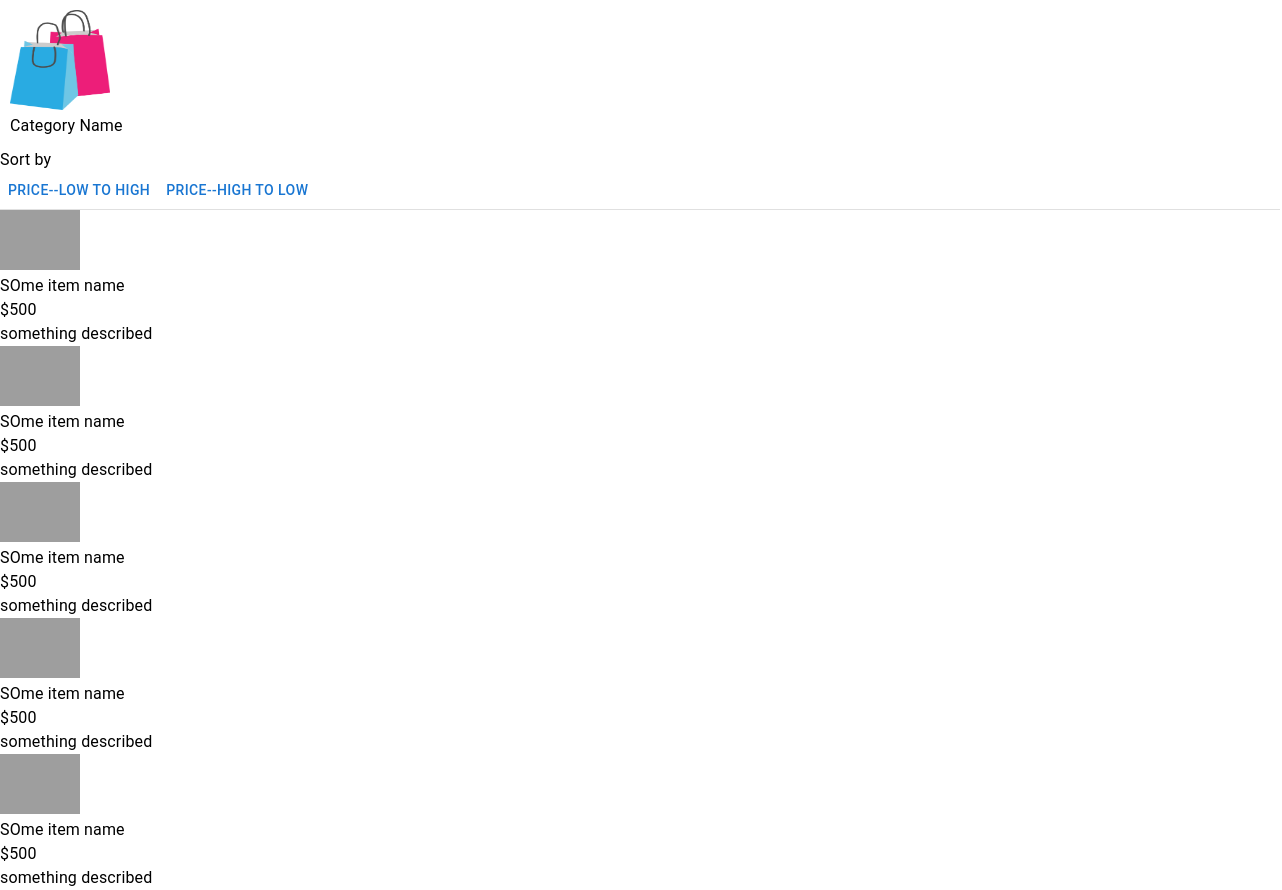
Repository: robin-fareye/reactjs-frontend-flipzone
Page: /
The author's editor kept a copy of each file at every save. The page is drawn from the files as they stood at one save, then again after the next save.
The browser window is 1280 px wide. The page is 1280 px wide, then 1282 px, so the pictures cover 1282 px, including what lies to the right of the window. The pictures show the whole page.
Pictures or frames that could not be fetched are drawn as grey boxes. The project was rebuilt for these pictures with package versions that can differ from the ones it lists, and the page was loaded fresh each time. Also part of the build but not shown: src/App.css, src/component/auth/Login.css, src/api/Login.js, src/component/auth/Login.js, src/component/category/Category.js, src/component/header/Header.css, src/component/header/Header.js, src/component/helper/Slide.css and 7 more.

Above is the page before, as saved 2022-11-14 19:27:38.

### src/App.js
import React from 'react';
import './App.css';
import Login from './component/auth/Login';
import Category from './component/category/Category';
import Header from './component/header/Header';
import Home from './component/home/Home';
import Cart from './component/Cart/Cart';
import ProductCatalouge from './component/ProductCatalogue/ProductCatalouge';
import ProductDetails from './component/ProductDetails/ProductDetails';
import CheckoutPage from './component/Checkout/CheckoutPage';
import RetailerAddProduct from './component/retailer/RetailerAddProduct';
function App() {
  return (
    <div>

      <ProductCatalouge/>

    </div>
  );
}

export default App;

### src/component/ProductCatalogue/ProductCatalouge.js
import { Box, Typography, Grid, Button, Divider } from '@mui/material'
import React, { useState, useEffect } from 'react'

const ProductCatalouge = () => {

    const [sort, setSort] = useState("asc");

    const getCardItem=(item)=>{
        return (
        <Box className='card-container'>
            <img
            style={{height:"60px"}}
            className='image-item-catalouge'
            src='https://rukminim1.flixcart.com/image/416/416/kcgk1ow0/headphone/n/u/a/235v2-fast-charging-boat-original-imaftk6us4af7bca.jpeg?q=70'
            alt='image'
            />
            <Typography>{item.name}</Typography>
            <Typography>{item.price}</Typography>
            <Typography>{item.description}</Typography>
        </Box>
        )
    }
    const catagories=["cat1","cat2","cat3","cat4"]
    const items=[
        {
            name:"SOme item name",
            price:"$500",
            description:"something described"
        },
        {
            name:"SOme item name",
            price:"$500",
            description:"something described"
        },
        {
            name:"SOme item name",
            price:"$500",
            description:"something described"
        },
        {
            name:"SOme item name",
            price:"$500",
            description:"something described"
        },
        {
            name:"SOme item name",
            price:"$500",
            description:"something described"
        },
    ]

    return (
        <Box className='catagory-container'>
            <Box className='container-header'>
                <img
                    src={require('../../assets/logo.png')}
                    alt="category"
                    className="cat-image"
                    />
                <Typography>Category Name</Typography>
            </Box>
            <Box className='container-body'>
                <Grid item lg={10}>
                    <Box className='sort'>
                        <Typography>Sort by</Typography>
                        {/* <Button onClick={() => setSort("popular")}>Popularity</Button> */}
                        <Button onClick={() => setSort("asc")}>Price--low to high</Button>
                        <Button onClick={() => setSort("desc")}>Price--high to low</Button>
                    </Box>
                    <Divider />
                    <Box className="inner-body">
                        {
                            items.sort((a, b) => sort === "asc" ? a.price - b.price : b.price - a.price)
                            .map((items) => {
                                return (
                                    getCardItem(items)
                                )
                            })
                        }
                    </Box>
                </Grid>
            </Box>
        </Box>
    )
}

export default ProductCatalouge

 {/* {
            items?.map((item)=>{
                return getCardItem(item)
            })
        } */}

### src/component/category/Category.css
.cat-component {
    /* background-color: #CFF5E7; */
    justify-content: 'space-between';
    margin: '55px 130px 0 130px';
    overflow-x: 'overlay';
    display: flex;
    flex-direction: row;
    padding:0, 50px;
    /* [theme.breakpoints.down('md')]: {
        margin: 0;
    } */
}

.cat-container {
    flex: 1;
    padding: '12px 8px';
    text-align: 'center';
    align-items: center;
    display: flex;
    flex-direction: column;
}

.cat-image {
    width: 100px;
    height: 100px;
}

.cat-text {
    font-size: 14;
    font-weight: 600;
    font-family: 'inherit';
    text-align: center;
}

### src/component/Cart/Cart.css
body{
    padding: 10px 70px;
}
.main-container{
    display: flex;
    height: 100vh;
}
.item-list{
    width: 65%;
}
.order-details{
    width: 35%;
}
.order-list-header{
    height: 60px;
    border: 1px solid rgb(172, 171, 171);

}
.item-count{
    font-weight: 800 !important;
    font-size: 22px !important;
    margin: 12px !important;
}
.card-list-container{
    margin-top: 10px;
    display: flex;
    height: 200px;
    border: 1px solid rgb(172, 171, 171);
    /* border-top: 0px; */
}
.image-and-count{
    width: 25%;
    display: flex;
    justify-content: center;
}
.description{
    padding: 10px;
    width: 75%;
}
.action-button-container{
    display: flex;
    align-items: center;
}
.counter{
    display: flex;
    height: 30px;
    width: 90px;
    border: 1px solid rgb(161, 159, 159);
    border-radius: 5px;
}
.add-box{
    width: 30px;
    display: flex;
    justify-content: center;
    align-items: center;
}
.remove-box{
    width: 30px;
    display: flex;
    justify-content: center;
    align-items: center;
}
.count-box{
    width: 30px;
    border-right:1px solid rgb(161, 159, 159);
    border-left:1px solid rgb(161, 159, 159);
    display: flex;
    justify-content: center;
    align-items: center;
}
.summery-card{
    border: 1px solid rgb(172, 171, 171);
    margin-left: 20px;

}
.summery-header{
    border-bottom: 1px solid rgb(172, 171, 171);
    height: 60px;
    display: flex;
    padding-left: 10px;
    align-items: center;
}
.summery-content{
    padding:12px;
}
.table-structure{
    margin-bottom: 20px;
    display: flex;
    justify-content: space-between;
}

### src/component/Checkout/CheckoutPage.css
body {
    padding: 0px;
    margin: 0px;
}

.checkout-container {
    display: flex;

}

.address-container {
    width: 50%;
    height: 60px;
    padding: 20px;
}

.payment-details {
    padding: 20px;
    width: 50%;
}

.address-table {
    border: 1px solid rgba(139, 138, 138, 0.664);
    padding: 20px;
    display: flex;
    flex-direction: column;
}

.checkout-fields {
    margin: 10px !important;
}

.payment-table {
    border: 1px solid rgba(139, 138, 138, 0.664);
    padding: 20px;
    display: flex;
    flex-direction: column;
    justify-content: center;
}

.order-button {

    width: 30%;
    margin-top: 20px !important;
    margin-left: 11px !important;
}

### src/component/retailer/RetailerAddProduct.css
.main-container{
    display: flex;
    flex-direction: column;
    align-items: center;
    justify-content: center;
}
.container-header{
    margin-bottom: 20px !important;
    margin: 10px !important;
}
.text-field{
    margin: 10px !important;
}
.add-button{
    margin-top: 10px !important;
    background-color: #0D4C92;
    color: aliceblue;
    font-weight: 600;
    margin: 10px !important;
}

### src/component/ProductCatalogue/ProductCatalouge.css
.main-catalouge-container {
    padding: 10px;
}
/*
.card-container {
    height: 12%;
    width: 10%;
    border: 1px solid black;
}

.image-item-catalouge {
    height: 200px;
    width: 50%;
} */

.catagory-container{
    border: 1px solid rgb(172, 170, 170);
    height: 170px;
    width: 100%;
}
.container-header{
    height: 40px;
    background-color: #0D4C92;
    display: flex;
}
.sort{
    display: flex;
    padding: 15px;
}

Loaded but not shown: public/index.html (common file); src/index.js (common file); src/index.css (common file); src/reportWebVitals.js (common file)

After the next save:
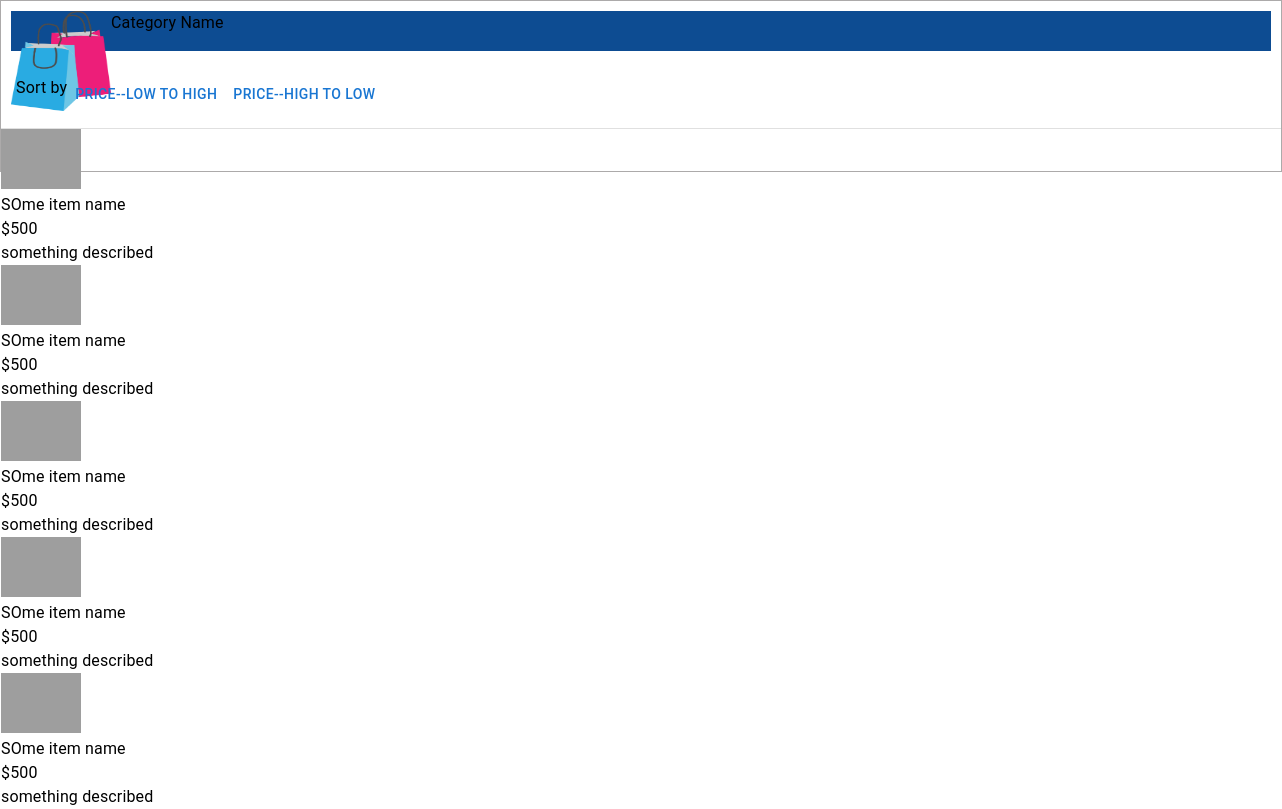
Saved 21 s later.
--- a/src/component/ProductCatalogue/ProductCatalouge.js
+++ b/src/component/ProductCatalogue/ProductCatalouge.js
@@ -1,5 +1,6 @@
 import { Box, Typography, Grid, Button, Divider } from '@mui/material'
 import React, { useState, useEffect } from 'react'
+import './ProductCatalouge.css'
 
 const ProductCatalouge = () => {
 
